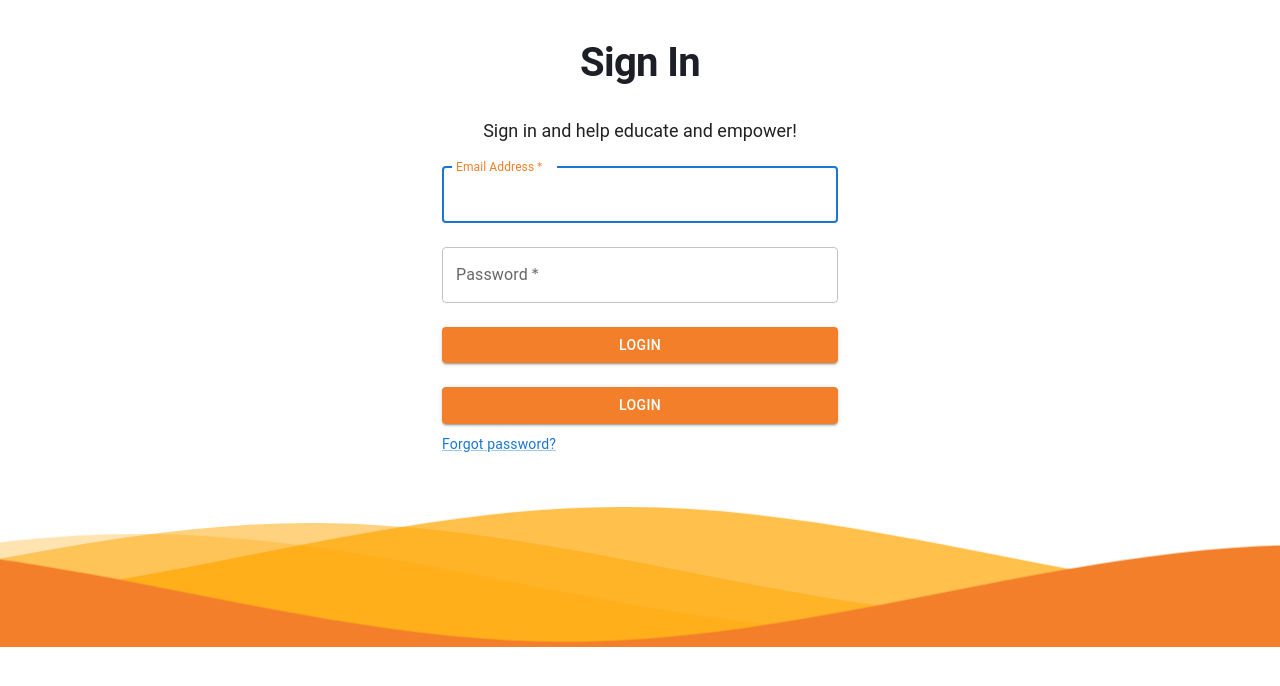
Repository: shubhampirate/Google_Solutions_Edural
Page: /
These files come from the project's save history. The page is drawn as it stood at one moment and after the next save; the edit follows.
The browser window is 1280 px wide. The pictures show the whole page.
The project was rebuilt for these pictures with package versions that can differ from the ones it lists, and the page was loaded fresh each time. Some packages were replaced by stand-ins written for this rebuild. Also part of the build but not shown: src/Components/CustomButton.jsx, src/Components/Navbar.jsx, src/Components/Footer.jsx, src/Components/CongratsCard.jsx, src/pages/Hero/Hero.jsx.

Above is the page before, as saved 2024-02-02 20:57:09.

### src/App.jsx
import Hero from "./pages/Hero/Hero";
import SignIn from "./pages/Sign_in";
import {useState} from "react";
function App() {
  return (
    <>
      {/* <Hero />   */}
      <SignIn />
         </>
  );
}

export default App;

### src/pages/Sign_in.jsx
import * as React from 'react';
import Avatar from '@mui/material/Avatar';
import Button from '@mui/material/Button';
import CssBaseline from '@mui/material/CssBaseline';
import TextField from '@mui/material/TextField';
import FormControlLabel from '@mui/material/FormControlLabel';
import Checkbox from '@mui/material/Checkbox';
import Link from '@mui/material/Link';
import Grid from '@mui/material/Grid';
import Box from '@mui/material/Box';
import LockOutlinedIcon from '@mui/icons-material/LockOutlined';
import Typography from '@mui/material/Typography';
import Container from '@mui/material/Container';
import { createTheme, ThemeProvider } from '@mui/material/styles';
import { styled } from "@mui/material";
import Swal from 'sweetalert2';
import CustomButton from "../Components/CustomButton";
// import { useNavigate } from 'react-router-dom';

const defaultTheme = createTheme();

export default function SignIn() {

//   const navigate = useNavigate();

  const handleSubmit = (event) => {
    event.preventDefault();
    const data = new FormData(event.currentTarget);

    const searchData = {
      email: data.get('email'),
      password: data.get('password'),
    }
    console.log({
      email: data.get('email'),
      password: data.get('password'),
    });

    // fetch(`https://wixstocle.pythonanywhere.com/api/login/`, {
    //   method: 'POST',
    //   headers: {
    //     'Content-Type': 'application/json',
    //   },
    //   body: JSON.stringify(searchData),
    // }).then((response) => response.json())
    //   .then((data) => {
    //     // console.log(data);
    //     if (data.status == true) {
    //       Swal.fire({
    //         icon: 'success',
    //         title: 'Successfully Logged In',
    //         showConfirmButton: false,
    //         timer: 3000
    //       })
    //       navigate('/dashboard')
    //     }
    //     else {
    //       Swal.fire({
    //         icon: 'error',
    //         title: data.message,
    //         showConfirmButton: false,
    //         timer: 3000
    //       })
    //     }
    //   })
    //   .catch((error) => {
    //     // console.error(error);
    //   });

  };
  const Title = styled(Typography)(({ theme }) => ({
    fontSize: "40px",
    color: "#000336",
    fontWeight: "bold",
    textAlign: "center",
    margin: theme.spacing(4, 0, 4, 0),
    [theme.breakpoints.down("sm")]: {
      fontSize: "40px",
    },
  }));


  return (
    // <ThemeProvider theme={defaultTheme}>
    //   <Container component="main" maxWidth="xs">
    //     <CssBaseline />
    //     <Box
    //       sx={{
    //         marginTop: 1,
    //         display: 'flex',
    //         flexDirection: 'column',
    //         alignItems: 'center',
    //       }}
    //     >

    //       <Title variant="h1" sx={{ color: "#1C1F25" }}>
    //         Sign In
    //       </Title>
    //       <Typography component="h2" variant="h5" sx={{ fontSize: "18px" }}>
    //         Sign in and help educate and empower !
    //       </Typography>
    //       <Box component="form" onSubmit={handleSubmit} noValidate sx={{ mt: 1 }}>
    //         <TextField
    //           margin="normal"
    //           required
    //           fullWidth
    //           id="email"
    //           label="Email Address"
    //           name="email"
    //           autoComplete="email"
    //           autoFocus
    //         />
    //         <TextField
    //           margin="normal"
    //           required
    //           fullWidth
    //           name="password"
    //           label="Password"
    //           type="password"
    //           id="password"
    //           autoComplete="current-password"
    //         />
    //         <FormControlLabel
    //           control={<Checkbox value="remember" color="primary" />}
    //           label="Remember me"
    //         />
    //         <Button
    //           type="submit"
    //           fullWidth
    //           variant="contained"

    //           sx={{ mt: 2, mb: 1 }}
    //         >
    //           Login
    //         </Button>
    //         <CustomButton
    //         type="submit"
    //           backgroundColor="#F47F2A"
    //           color="#fff"
    //           buttonText="Register"
    //           heroBtn={true}
    //         />
    //         <Grid container>
    //           <Grid item xs>
    //             <Link href="#" variant="body2">
    //               Forgot password?
    //             </Link>
    //           </Grid>

    //         </Grid>
    //       </Box>
    //     </Box>
    //   </Container>
    <ThemeProvider theme={defaultTheme}>
    <Container component="main" maxWidth="xs">
      <CssBaseline />
      <Box
        sx={{
          marginTop: 1,
          display: 'flex',
          flexDirection: 'column',
          alignItems: 'center',
        }}
      >
        <Title variant="h1" sx={{ color: "#1C1F25" }}>
            Sign In
           </Title>
        <Typography component="h2" variant="h5" sx={{ fontSize: "18px" }}>
          Sign in and help educate and empower!
        </Typography>
        <Box component="form" onSubmit={handleSubmit} noValidate sx={{ mt: 1 }}>
          <TextField
            margin="normal"
            required
            fullWidth
            id="email"
            label="Email Address"
            name="email"
            autoComplete="email"
            autoFocus
            sx={{
                '& .MuiOutlinedInput-root': {
                  '&:hover fieldset': {
                    borderColor: "#F47F2A", // Outline color on hover
                  },
                },
                '& .Mui-focused fieldset': {
                  borderColor: "#F47F2A", // Outline color when focused
                },

                '& .MuiInputLabel-root.Mui-focused': {
                  color: "#F47F2A", // Label color when focused
                },
                '& .MuiInputBase-input': {
                  color: "#F47F2A", // Text color
                },
              }}
          />
          <TextField
            margin="normal"
            required
            fullWidth
            name="password"
            label="Password"
            type="password"
            id="password"
            autoComplete="current-password"
            sx={{
                '& .MuiOutlinedInput-root': {
                  '&:hover fieldset': {
                    borderColor: "#F47F2A", // Outline color on hover
                  },
                },
                '& .Mui-focused fieldset': {
                  borderColor: "#F47F2A", // Outline color when focused
                },

                '& .MuiInputLabel-root.Mui-focused': {
                  color: "#F47F2A", // Label color when focused
                },
                '& .MuiInputBase-input': {
                  color: "#F47F2A", // Text color
                },
              }}
          />
          {/* <FormControlLabel
            control={<Checkbox value="remember" color="primary" />}
            label="Remember me"
          /> */}
          <Button
            type="submit"
            fullWidth
            variant="contained"

            sx={{
              mt: 2,
              mb: 1,
              backgroundColor: "#F47F2A", // Background color on hover
                color: "#fff", // Text color on hover
                // borderColor: "#F47F2A", //
              '&:hover': {
                backgroundColor: "#fff", // Background color on hover
                color: "#F47F2A", // Text color on hover
                borderColor: "#F47F2A", // Outline color on hover
              },
            }}
          >
            Login
          </Button>
          <Button
            type="submit"
            fullWidth
            variant="contained"

            sx={{
              mt: 2,
              mb: 1,
              backgroundColor: "#F47F2A", // Background color on hover
                color: "#fff", // Text color on hover
                // borderColor: "#F47F2A", //
              '&:hover': {
                backgroundColor: "#fff", // Background color on hover
                color: "#F47F2A", // Text color on hover
                borderColor: "#F47F2A", // Outline color on hover
              },
            }}
          >
            Login
          </Button>
          <Grid container>
            <Grid item xs>
              <Link href="#" variant="body2">
                Forgot password?
              </Link>
            </Grid>
          </Grid>
        </Box>
      </Box>
    </Container>
    <div style={{ marginTop: "2.5rem", marginBottom: "-1rem" }}>
  <svg
    style={{
      position: 'relative',
      width: '100%',
      height: '21vh',
    }}
    xmlns="http://www.w3.org/2000/svg"
    xmlnsXlink="http://www.w3.org/1999/xlink"
    viewBox="0 24 150 28"
    preserveAspectRatio="none"
    shapeRendering="auto"
  >
    <defs>
      <path
        id="gentle-wave"
        d="M-160 44c30 0 58-18 88-18s 58 18 88 18 58-18 88-18 58 18 88 18 v44h-352z"
      />
    </defs>
    <g className="parallax">
      <use xlinkHref="#gentle-wave" x="48" y="0" fill="rgba(255,165,0,0.7)" />
      <use xlinkHref="#gentle-wave" x="48" y="3" fill="rgba(255,165,0,0.5)" />
      <use xlinkHref="#gentle-wave" x="48" y="5" fill="rgba(255,165,0,0.3)" />
      <use xlinkHref="#gentle-wave" x="48" y="7" fill="#F47F2A" />
    </g>
  </svg>
  <style>
    {`
      .parallax > use {
        animation: move-forever 25s cubic-bezier(.55,.5,.45,.5) infinite;
      }
      .parallax > use:nth-child(1) {
        animation-delay: -2s;
        animation-duration: 7s;
      }
      .parallax > use:nth-child(2) {
        animation-delay: -3s;
        animation-duration: 10s;
      }
      .parallax > use:nth-child(3) {
        animation-delay: -4s;
        animation-duration: 13s;
      }
      .parallax > use:nth-child(4) {
        animation-delay: -5s;
        animation-duration: 20s;
      }
      @keyframes move-forever {
        0% {
          transform: translate3d(-90px,0,0);
        }
        100% {
          transform: translate3d(85px,0,0);
        }
      }
      @media (max-width: 768px) {
        .waves {
          height: 40px;
          min-height: 40px;
        }
      }
    `}
  </style>
</div>


    </ThemeProvider>
  );
}

Loaded but not shown: public/index.html (common file); src/index.js (common file); src/index.css (common file)

After the next save:
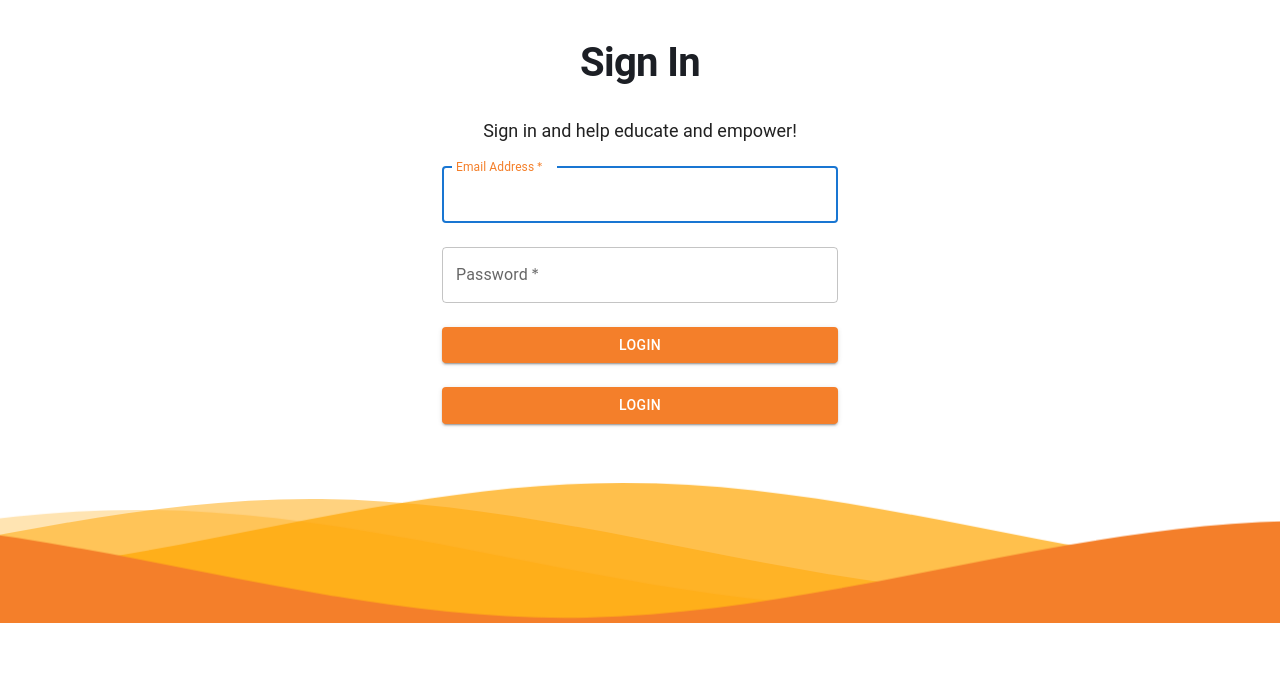
Saved 12 s later.
--- a/src/pages/Sign_in.jsx
+++ b/src/pages/Sign_in.jsx
@@ -267,13 +267,13 @@ export default function SignIn() {
           >
             Login
           </Button>
-          <Grid container>
+          {/* <Grid container>
             <Grid item xs>
               <Link href="#" variant="body2">
                 Forgot password?
               </Link>
             </Grid>
-          </Grid>
+          </Grid> */}
         </Box>
       </Box>
     </Container>
